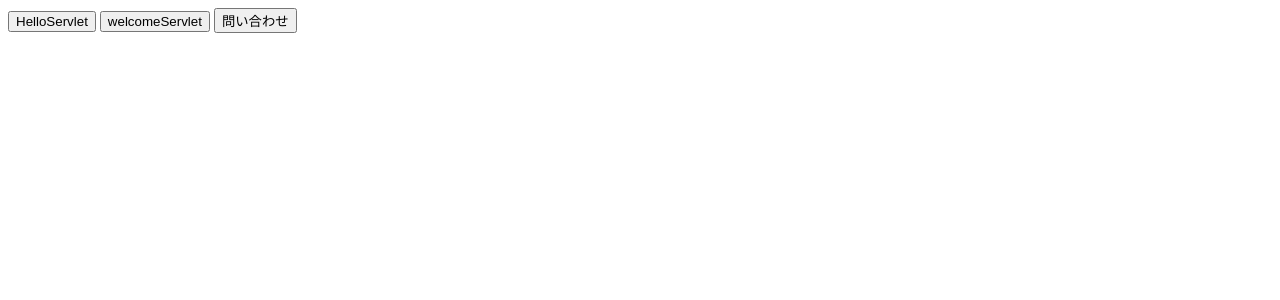
Repository: i-k-26/test
Page: http://localhost/HelloServlet/
The author's editor kept a copy of each file at every save. The page is drawn from the files as they stood at one save, then again after the next save.
The browser window is 1280 px wide. The pictures show the whole page.
The page is served by Tomcat 9.

Above is the page before, as saved 2019-08-26 01:37:47.

After the next save:
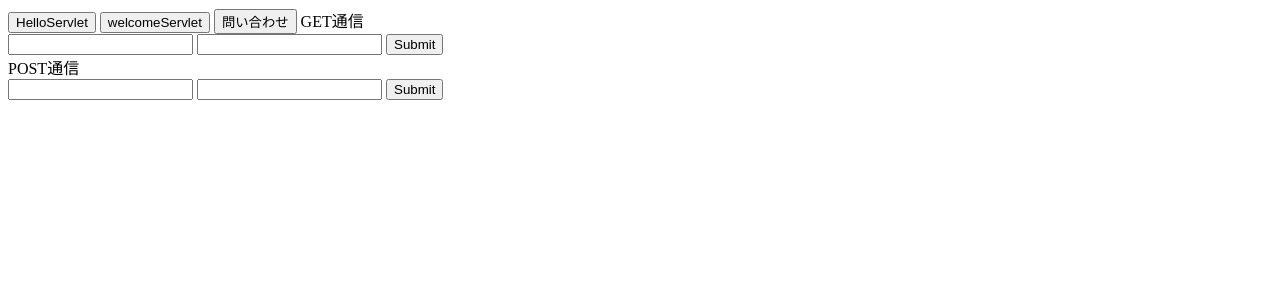
Saved 3 min 23 s later.
--- a/HelloServlet/WebContent/index.jsp
+++ b/HelloServlet/WebContent/index.jsp
@@ -17,5 +17,19 @@
 	<input type="button" value="問い合わせ"
 		onClick="location.href='inquiry.jsp'">
 
+	GET通信
+	<form method="get" action="TestServlet">
+	<input type="text" name="username">
+	<input type="password" name="password">
+	<input type="submit" name="送信">
+	</form>
+
+	POST通信
+	<form method="post" action="TestServlet">
+	<input type="text" name="username">
+	<input type="password" name="password">
+	<input type="submit" name="送信">
+	</form>
+
 </body>
 </html>
